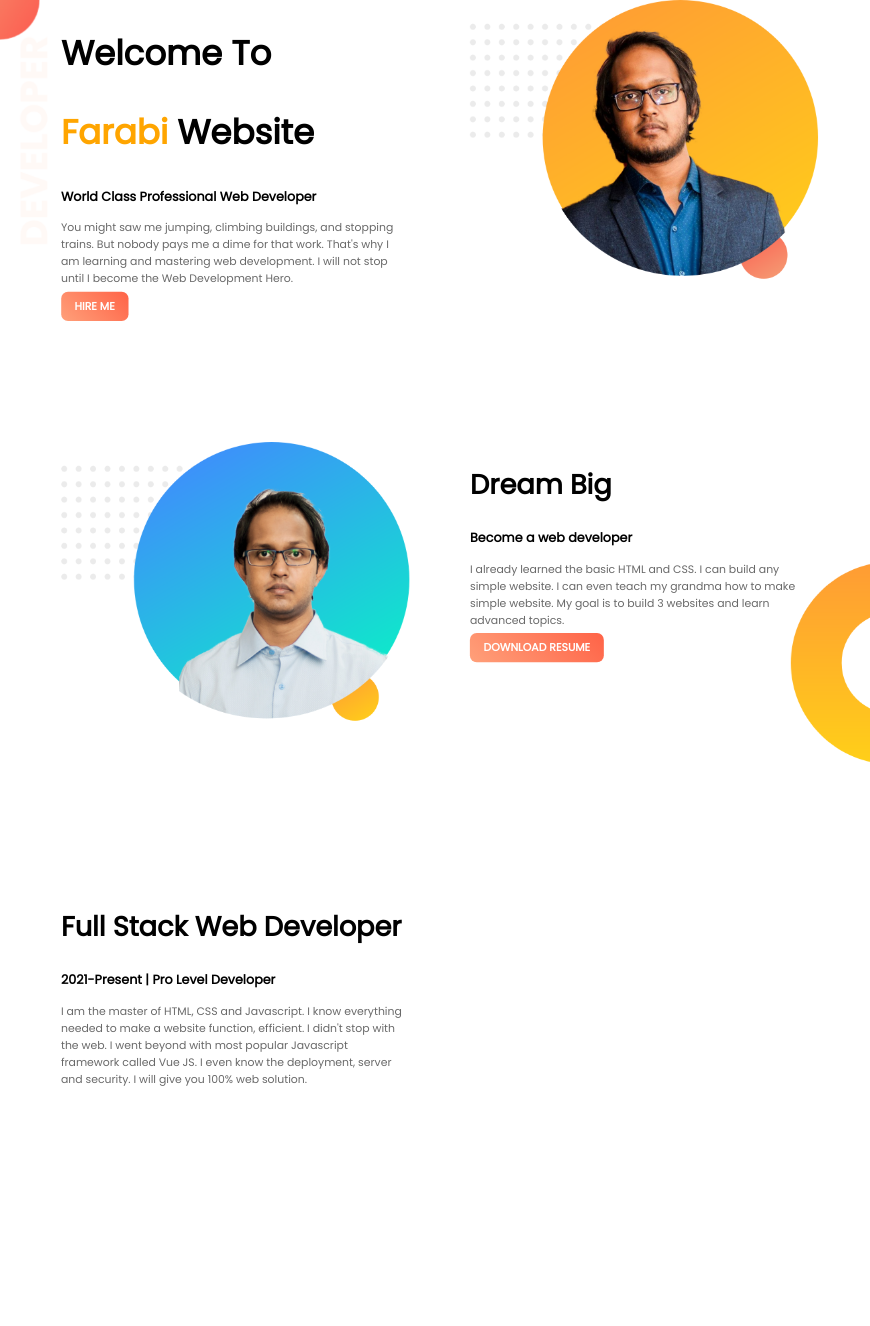
Repository: mohsinfarabi/web-portfolio
Page: index.html
These files come from the project's save history. The page is drawn as it stood at one moment and after the next save; the edit follows.
The browser window is 1280 px wide. The pictures show the whole page, at 68% of full size.

Above is the page before, as saved 2020-06-30 23:43:22.

After the next save:
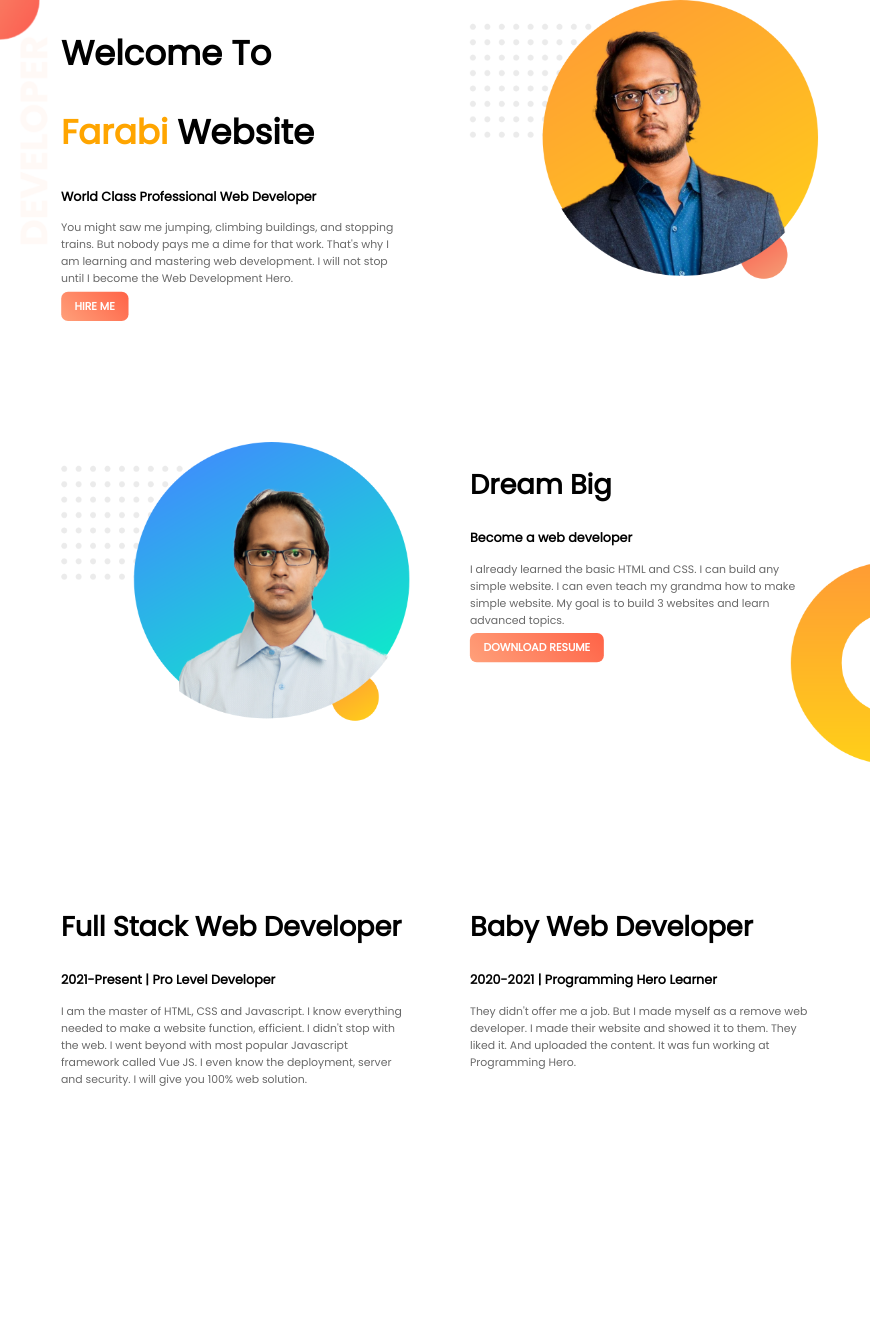
Saved 42 s later.
--- a/index.html
+++ b/index.html
@@ -42,7 +42,10 @@
                 and security. I will give you 100% web solution.</p>
         </div>
         <div class="half-width">
-
+            <h2>Baby Web Developer</h2>
+            <h3>2020-2021 | Programming Hero Learner</h3>
+            <p>They didn't offer me a job. But I made myself as a remove web developer. I made their website and showed it to them. They liked it. And uploaded the content. It was fun working at Programming Hero.</p>
+        </div>
         </div>
     </section>
 </body>
